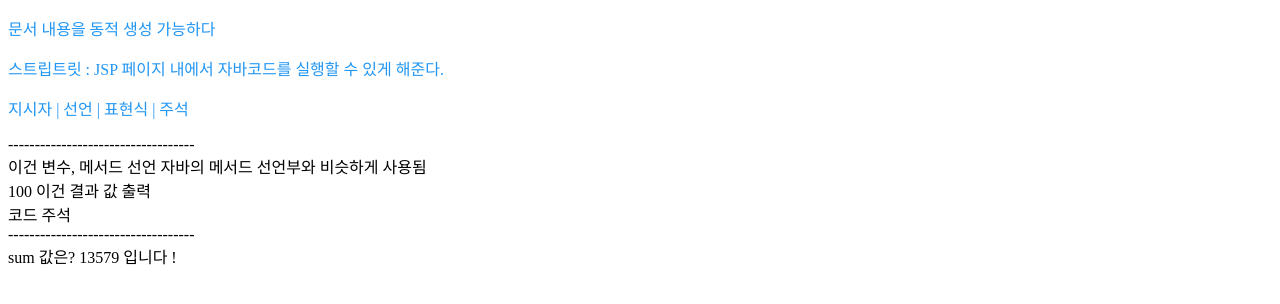
Repository: hyejux/JSP_STUDY
Page: http://localhost/JSPPractice2/JSP_ex1.jsp
The author's editor kept a copy of each file at every save. The page is drawn from the files as they stood at one save, then again after the next save.
The browser window is 1280 px wide. The pictures show the whole page.
The page is served by Tomcat 9.

Above is the page before, as saved 2025-01-07 14:48:14.

After the next save:
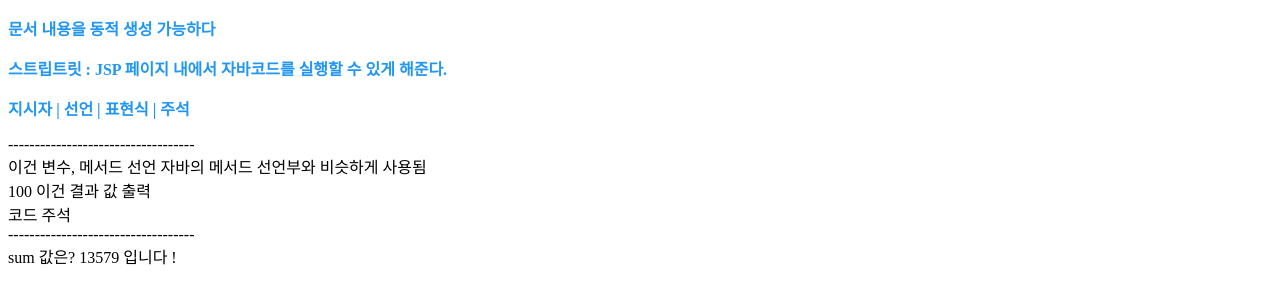
Saved 9 s later.
--- a/JSPPractice2/src/main/webapp/css/style.css
+++ b/JSPPractice2/src/main/webapp/css/style.css
@@ -1,4 +1,4 @@
 .info{
 	color : #2196f3;
-	font-wegiht: bold;
+	font-weight: bold;
 }
